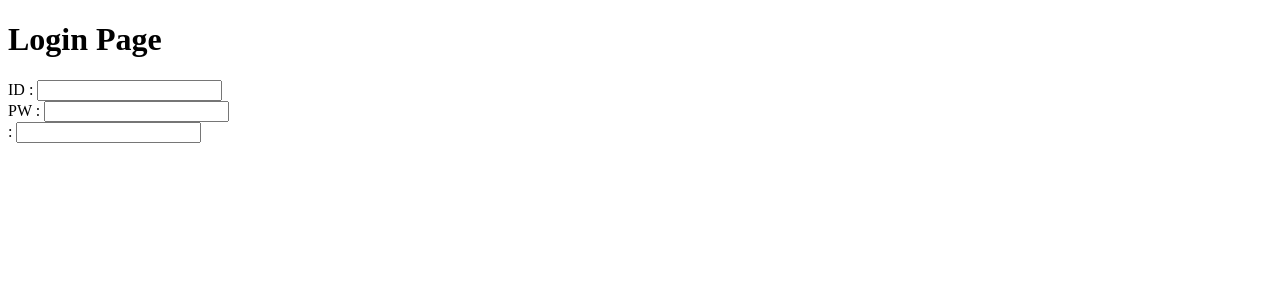
Repository: yangone8249/jsp_project
Page: http://localhost/jsp_project/member/login.jsp
The author's editor kept a copy of each file at every save. The page is drawn from the files as they stood at one save, then again after a run of saves.
The browser window is 1280 px wide. The pictures show the whole page.
The page is served by Tomcat 9. Other server files are loaded and not shown.

Above is the page before, as saved 2023-05-15 02:11:43.

### jsp_project2/jsp_project/src/main/webapp/member/login.jsp
<%@ page language="java" contentType="text/html; charset=UTF-8"
    pageEncoding="UTF-8"%>
<!DOCTYPE html>
<html>
<head>
<meta charset="UTF-8">
<title>login Page</title>
</head>
<body>
	<h1>Login Page</h1>
	<form action="/mem/login_auth" method="post">
		ID : <input type="text" name="id"><br>
		PW : <input type="password" name="pw"><br>
		 : <input type="text" name="id"><br>
	</form>
</body>
</html>

After the next 2 saves:
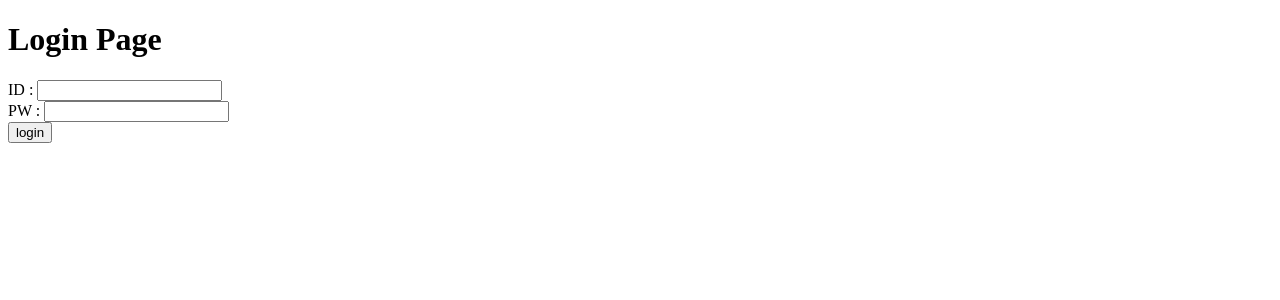
The 2 saves are shown as one change because they came seconds apart.
The last was saved 15 s later.
--- a/jsp_project2/jsp_project/src/main/webapp/member/login.jsp
+++ b/jsp_project2/jsp_project/src/main/webapp/member/login.jsp
@@ -10,8 +10,8 @@
 	<h1>Login Page</h1>
 	<form action="/mem/login_auth" method="post">
 		ID : <input type="text" name="id"><br>
-		PW : <input type="password" name="pw"><br>
-		 : <input type="text" name="id"><br>
+		PW : <input type="password" name="password"><br>
+		<button type="submit">login</button>
 	</form>
 </body>
 </html>
